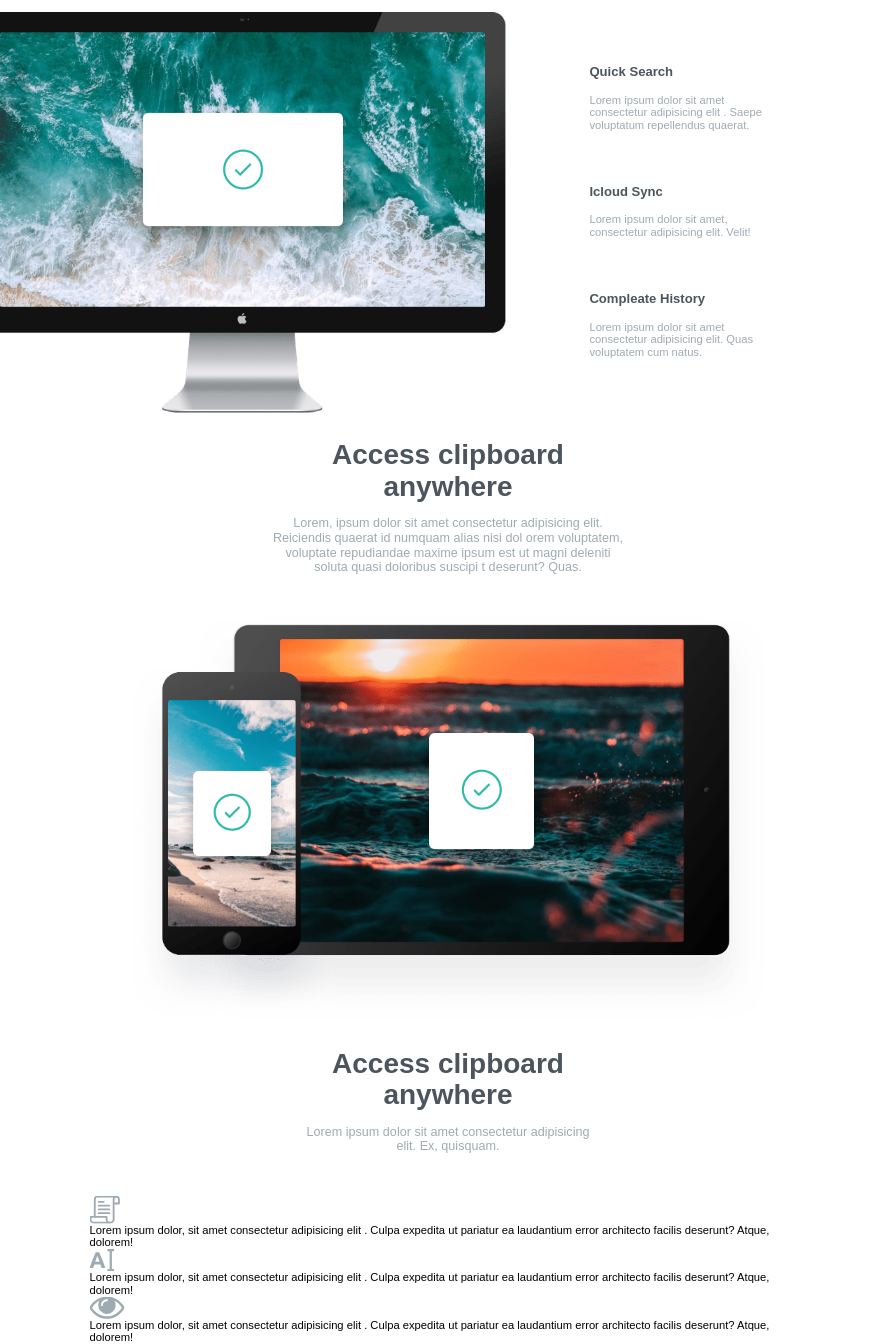
Repository: AbuMulla-Mohammad/clipboard
Page: index.html
These files come from the project's save history. The page is drawn as it stood at one moment and after the next save; the edit follows.
The browser window is 1280 px wide. The pictures show the part of the page from y = 853 to 2773 px (the page is 2773 px tall before and 2673 px after), at 70% of full size.
Some web fonts or font styles are not loaded; a fallback is used.

Above is the page before, as saved 2023-11-01 11:00:17.

After the next save:
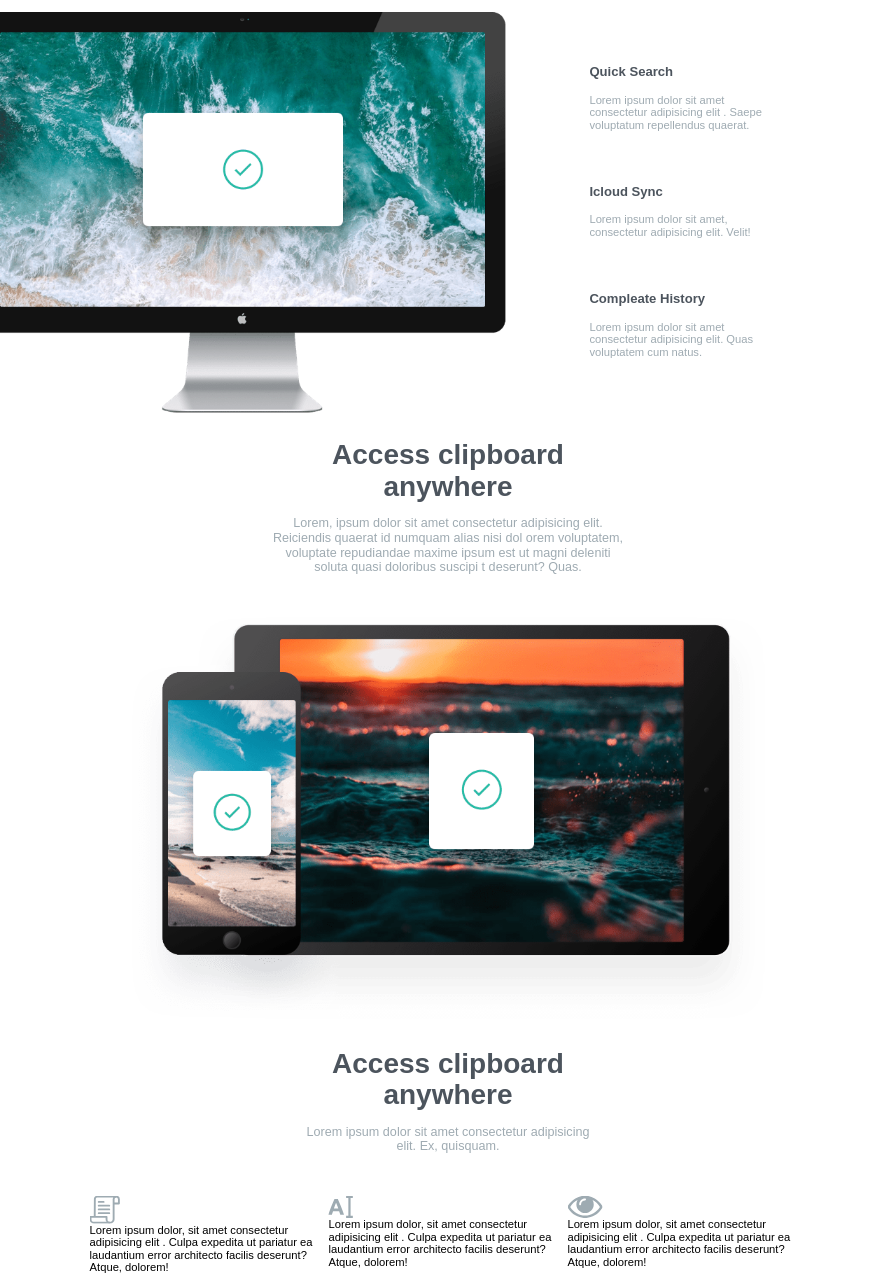
Saved 8 s later.
--- a/css/style.css
+++ b/css/style.css
@@ -127,5 +127,6 @@
 }
 .workflow .workflow-items .item{
     float: left;
+    width: 33.33%;
 }
 /* end workflow */
